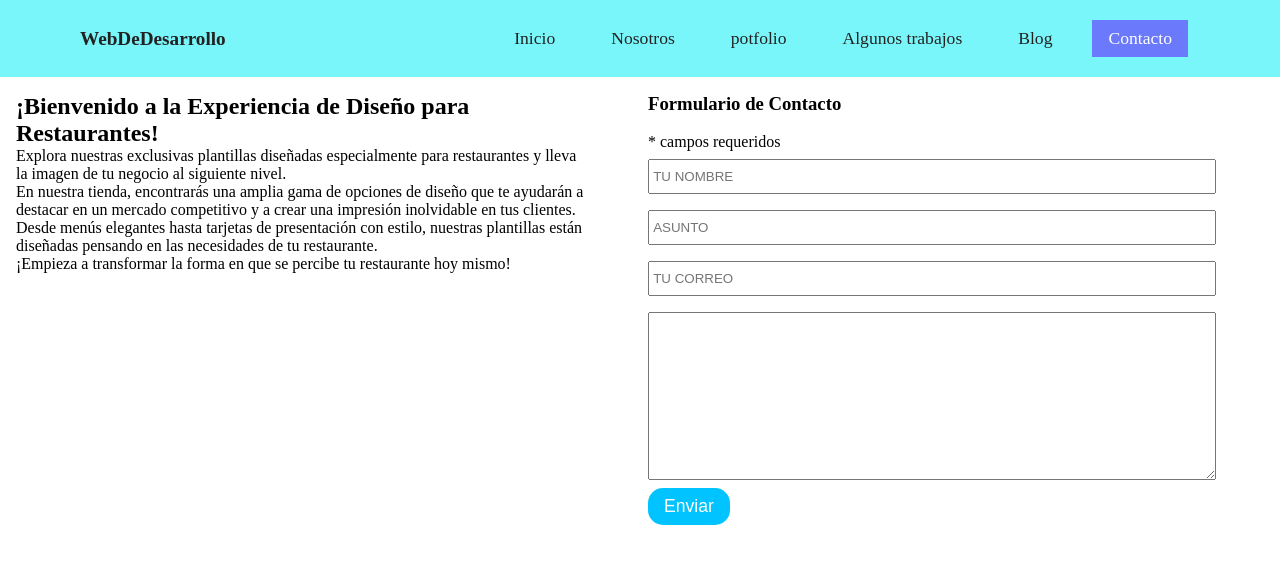
Repository: cega17/pagina-CegaWeb
Page: form.html
An editor plug-in stored every save of this project. The page is shown before and after the next save, followed by the edit.
The browser window is 1280 px wide. The pictures show the whole page.

Above is the page before, as saved 2023-10-06 21:04:51.

### form.html
<!DOCTYPE html>
<html lang="en">
<head>
    <meta charset="UTF-8">
    <meta name="viewport" content="width=device-width, initial-scale=1.0">
    <link rel="stylesheet" href="./css/stylesform.css">
    <title>Formulario de registro</title>
</head>
<body>

    <header class="main-header">
        <div class="header-wrap">
          <div class="wrap-logo-header">
            <a href="/" class="logo-header">
              Web<span>De</span><span>Desarrollo</span>
            </a>
          </div>
          <div class="wrap-nav-header">
            <nav class="nav-header">
              <input type="checkbox" id="check" />
              <label for="check" class="checkbtn">
                <i class="toggle-menu">
                  <img
                    src="data:[embedded picture, 1242 characters]"
                  />
                </i>
              </label>
              <ul class="main-menu">
                <li class="menu-item"><a href="index.html">Inicio</a></li>
                <li class="menu-item"><a href="index.html">Nosotros</a></li>
                <li class="menu-item"><a href="indexPortf.html">potfolio</a></li>
                <li class="menu-item"><a href="index.html">Algunos trabajos</a></li>
                <li class="menu-item"><a href="/">Blog</a></li>
                <li class="menu-item">
                  <a id="nav-main-contact" href="form.html">Contacto</a>
                </li>
              </ul>
            </nav>
          </div>
        </div>
      </header>
      <div class="hero"></div>

    <section class="section">
        <div class="wrap-two-column">
            <div class="column-half">

                <h2>¡Bienvenido a la Experiencia de Diseño para Restaurantes!</h2>
                <p>Explora nuestras exclusivas plantillas diseñadas especialmente para restaurantes y lleva la imagen de tu negocio al siguiente nivel.</p>
                <p>En nuestra tienda, encontrarás una amplia gama de opciones de diseño que te ayudarán a destacar en un mercado competitivo y a crear una impresión inolvidable en tus clientes.</p>
                <p>Desde menús elegantes hasta tarjetas de presentación con estilo, nuestras plantillas están diseñadas pensando en las necesidades de tu restaurante.</p>
                <p>¡Empieza a transformar la forma en que se percibe tu restaurante hoy mismo!</p>
            </div>
            <div class="column-half">
                <h3>Formulario de Contacto</h3><br>
                <p>* campos requeridos</p>
                <form action="" class="formulario">
                    <input type="text" placeholder="TU NOMBRE">
                    <input type="text" placeholder="ASUNTO">
                    <input type="text" placeholder="TU CORREO">
                    <textarea name="" id="" cols="30" rows="10">

                    </textarea>
                    <button type="submit">Enviar</button>
                </form>
            </div>
        </div>

    </section>
</body>
</html>

### css/stylesform.css
*{
    text-decoration: none;
    margin: 0;
    padding: 0;
}
header.main-header{
    position: relative;
    top: 0;
    width: 100%;
    z-index: 9999;
  }

  .header-wrap{
    display: flex;
    justify-content: space-between;
    padding: 1rem;
    background-color: #79f6fa;
    z-index: 999;
  }

  .wrap-logo-header{
    display: flex;
    align-items: center;
    flex-basis: 15%;

  }

  .logo-header{
    font-weight: bold;
    font-size: 1.2rem;
    color: #222;
  }

  .nav-header{
    display: flex;
    align-items: center;
    width: 100%;
  }

  .nav-wrap-header{
    display: flex;
    flex-basis: 50%;
  }

  ul.main-menu{
    display: flex;
    width: 100%;
    z-index: 99;
    margin: 0;
    padding: 0;
    justify-content: space-between;
    align-items: center;
    font-size: 1.1rem;
  }

  ul.main-menu #nav-main-contact{
    display: flex;
    align-items: center;
    padding: .5rem 1rem;
    background-color: #6b79fc;
    color: #fff;
  }

  li.menu-item{
    margin: .75rem;
    display: flex;
  }

  li.menu-item a{
    padding: .5rem 1rem;
    color: #222;
  }

  li.menu-item a:hover{
    color: #33acfd;
  }

  i.toggle-menu img{
    width: 27px;
    z-index: 99;
  }
  i.toggle-menu{
    display: none;
    background-color: #fff;
    border: none;
    z-index: 9999;
  }

  input#check{
    display: none;
  }

  @media (min-width:880px){
    .header-wrap{
      padding: .5rem 5rem;

    }
  }

  @media (max-width:768px){
    a.logo-header{
      color: #02c0fa;
    }
}
@media (max-width:768px){
    header.main-header{
        margin-bottom: 4rem;

    }
    .header-wrap{
      position: fixed;
      width: 100%;
      background-color: #fff;
      padding: 0;
      top: 0;
      z-index: 9999;
      height: 60px;
    }
    .wrap-logo-header{
      position: fixed;
      z-index: 999;
      top: 3%;
      left: 3%;
    }
    .logo-header, li.menu-item a{
        color: #222;
      }
    i.toggle-menu{
      display: flex;
      cursor: pointer;
    }
    ul.main-menu,#nav-main-contact{
      display: none;
      left: 0;
      margin: 0;
      padding: 0;
    }
    ul.main-menu{
      position: fixed;
      background-color: #fff;
    }
    label.checkbtn{
      position: fixed;
      right: 3%;
      top: 3%;
      z-index: 9999;
    }
    #check:checked ~ ul{
      display: flex;
      z-index: 9;
      flex-flow: column;
      align-items: center;
      justify-content: center;
      height: 100vh;
      top: 0;
      font-size: 2rem;
    }

  }
.hero-page{
    background: linear-gradient(to bottom, rgb(0 0 0 / .5), rgb(0 0 0 / .5)), url(imgs/fondo2.jpeg) center;
    background-size: cover;
    height: 200px;
    margin-top: 80px;
    display: flex;
    justify-content: center;
    align-items: center;

 }
 .wrap-hero-page{
    color: #fff;
    padding:  1rem;
 }

 .section{
    max-width: 1200px;
    margin-top: 3rem auto;
    padding: 1rem;
 }

 .wrap-two-column{
    display:grid;
    grid-template-columns:  1fr 1fr;
    column-gap: 4rem;
 }

 /* formulario */

 .formulario{
    display: flex;
    flex-flow: column;
 }
 .formulario input, .formulario textarea{
    margin: .5rem 0;
    padding: .5rem .2rem;

 }

 .formulario button{
    width: fit-content;
    border:none;
    padding: .5rem 1rem;
    background-color: #00c3ff;
    color: #fff;
    font-size: 1.1rem;
    border-radius:15px;
 }

 @media (max-width:640px){
    .wrap-two-column{
        grid-template-columns: 1fr;
    }
 }

After the next save:
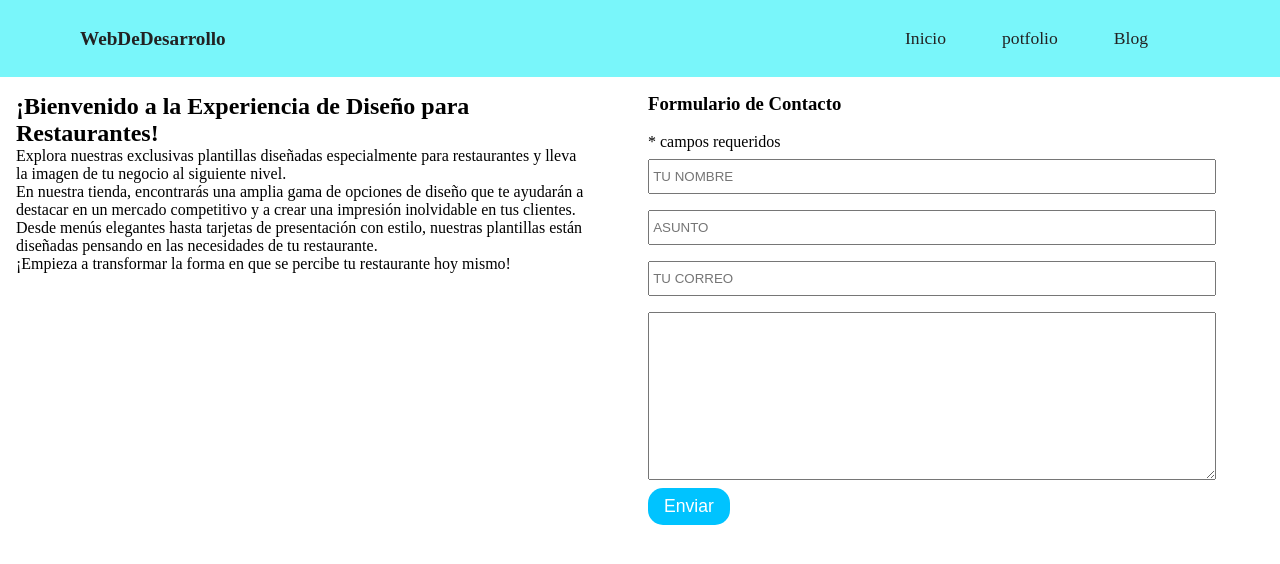
Saved 50 s later.
--- a/form.html
+++ b/form.html
@@ -27,12 +27,12 @@
               </label>
               <ul class="main-menu">
                 <li class="menu-item"><a href="index.html">Inicio</a></li>
-                <li class="menu-item"><a href="index.html">Nosotros</a></li>
+
                 <li class="menu-item"><a href="indexPortf.html">potfolio</a></li>
-                <li class="menu-item"><a href="index.html">Algunos trabajos</a></li>
+
                 <li class="menu-item"><a href="/">Blog</a></li>
                 <li class="menu-item">
-                  <a id="nav-main-contact" href="form.html">Contacto</a>
+
                 </li>
               </ul>
             </nav>
